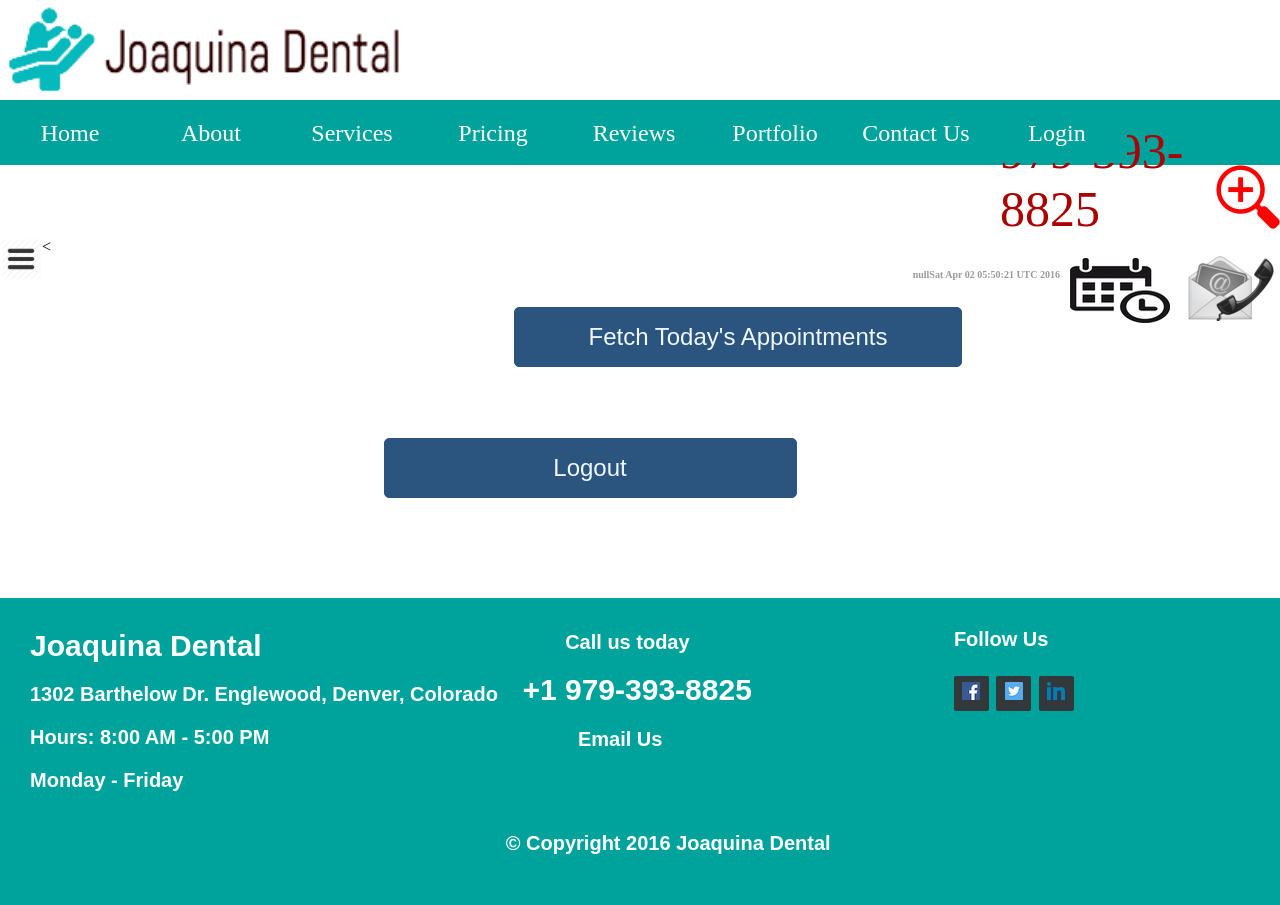
Repository: ManjushaBolishetty/test
Page: http://localhost/test/DentistHomePage.jsp
The author's editor kept a copy of each file at every save. The page is drawn from the files as they stood at one save, then again after the next save.
The browser window is 1280 px wide. The pictures show the whole page.
The page is served by Tomcat 9.

Above is the page before, as saved 2016-04-03 07:32:07.

After the next save:
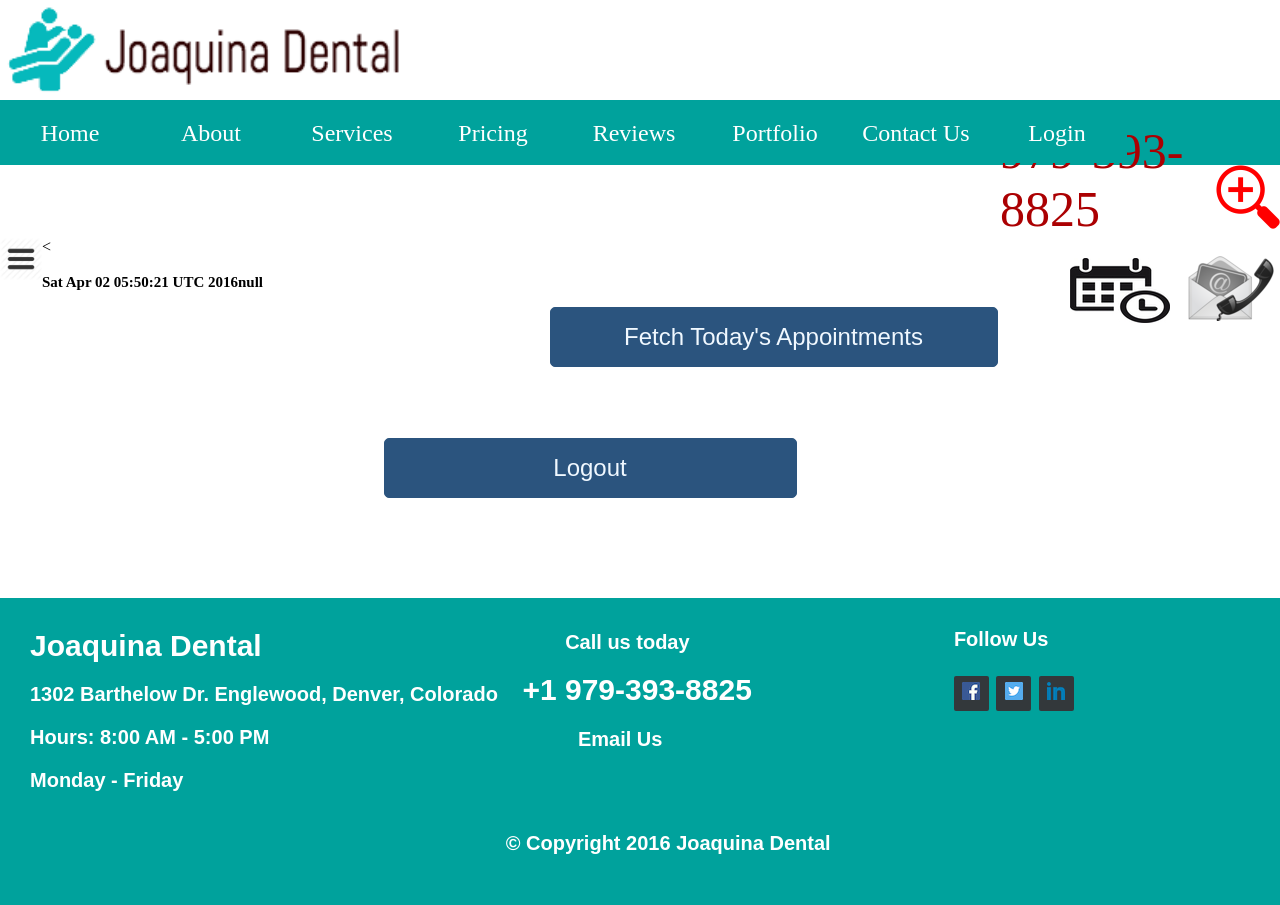
Saved 75 s later.
--- a/test/WebContent/CSS/testeverything.css
+++ b/test/WebContent/CSS/testeverything.css
@@ -238,12 +238,11 @@ input[type=checkbox]:checked ~ #menu{
 }
 
 .Logindate h4{
-	float: right;
-    font-size: 10px;
+	float: left;
+    font-size: 15px;
     display: block;
     line-height: 12px;
-    color: #999;
-    text-align: right;
+    text-align: left;
 }
 
 
